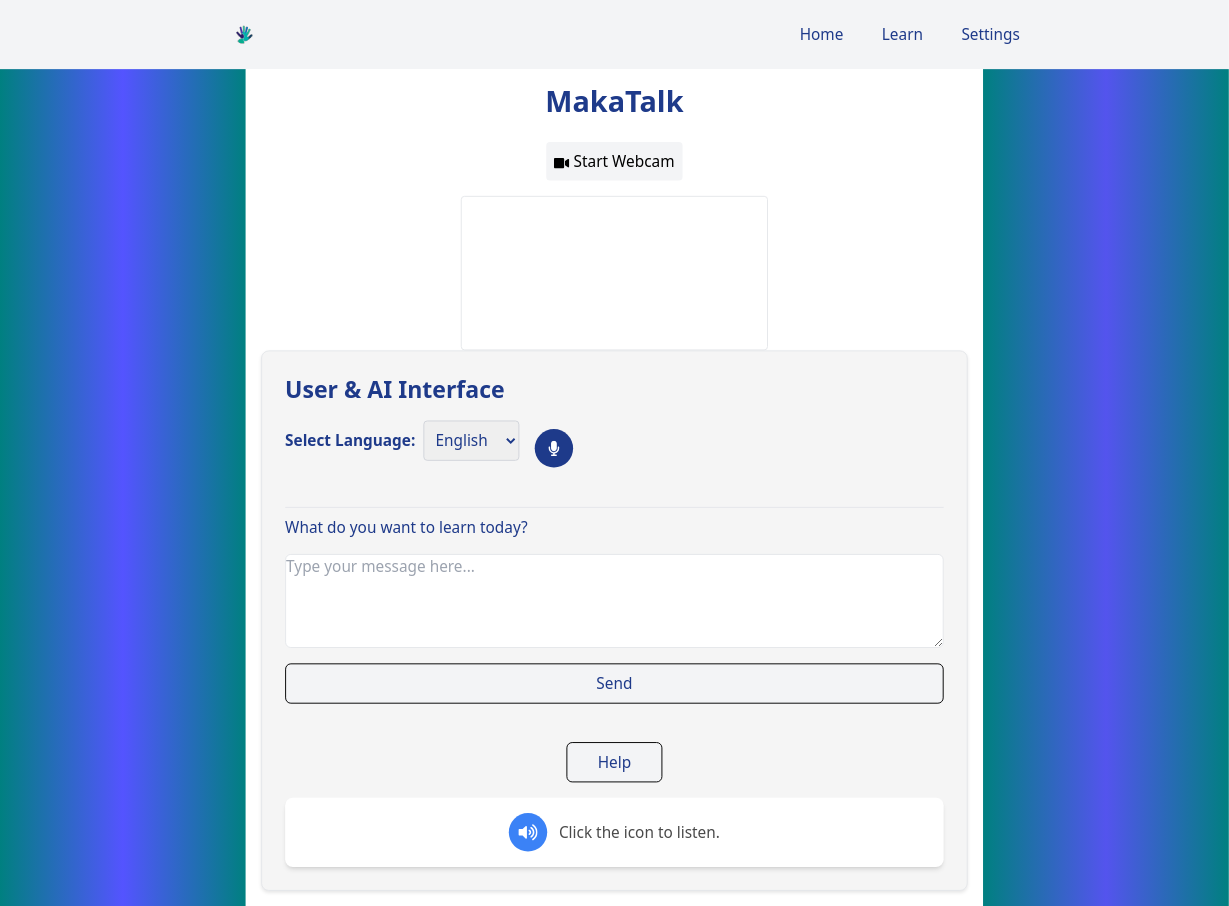
Repository: maria2469/MakaTalk
Page: /learn
The author's editor kept a copy of each file at every save. The page is drawn from the files as they stood at one save, then again after the next save.
The browser window is 1280 px wide. The pictures show the whole page, at 96% of full size.
The page's requests for data from a server got no answer. The project was rebuilt for these pictures with package versions that can differ from the ones it lists, and the page was loaded fresh each time. No one was signed in, and anything a server would have sent is missing. Also part of the build but not shown: vite.config.js, src/components/LandingPage/Landing.jsx.

Above is the page before, as saved 2024-10-10 14:50:55.

After the next save:
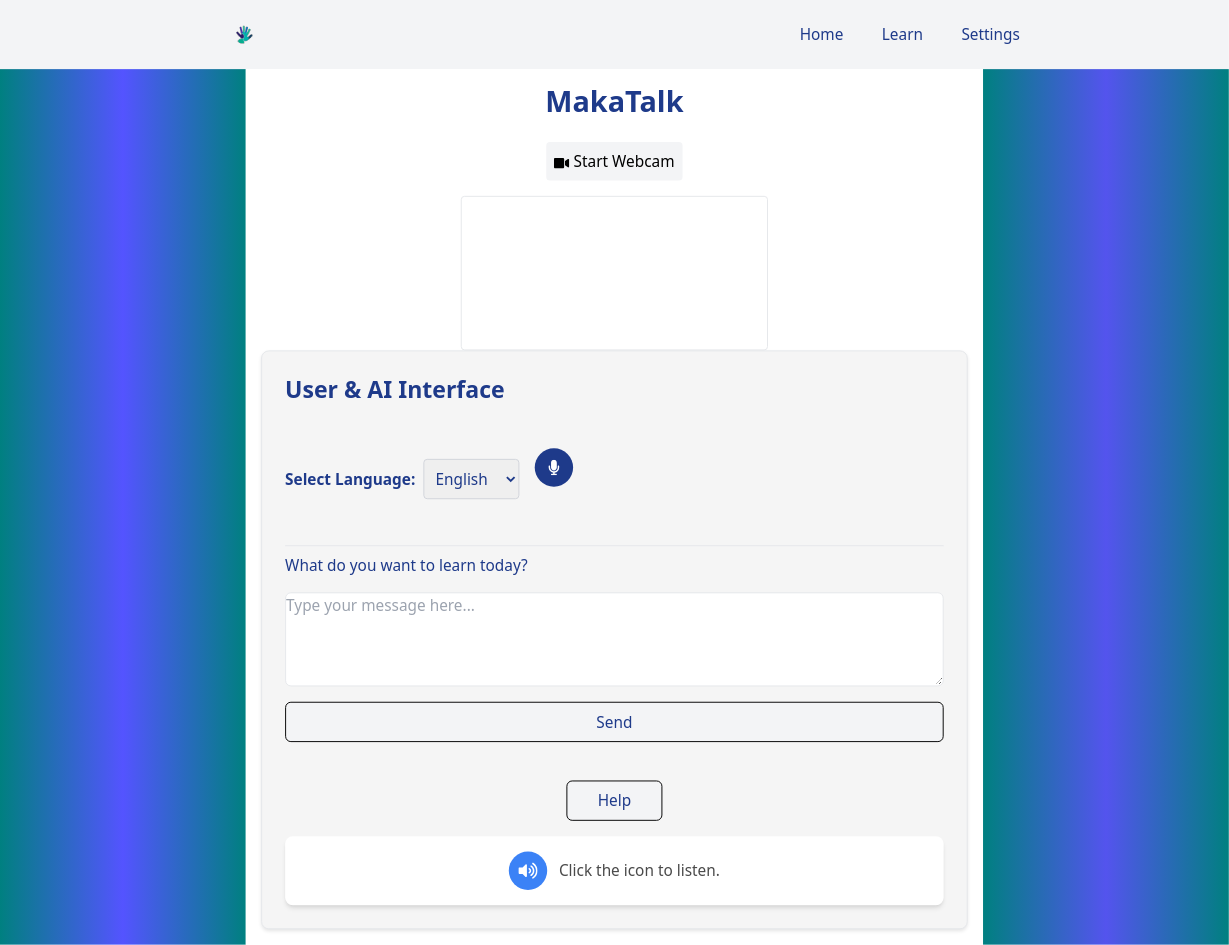
Saved 31 s later.
--- a/src/components/Languagedropdown/Language.jsx
+++ b/src/components/Languagedropdown/Language.jsx
@@ -14,7 +14,7 @@ const LanguageDropdown = ({ selectedLanguage, onLanguageChange, languages }) =>
   const availableLanguages = languages || defaultLanguages; // Use passed languages or default
 
   return (
-    <div className="language-dropdown mb-4">
+    <div className="language-dropdown mb-4 mt-10">
       <label htmlFor="languageSelect" className="font-bold mr-2">
         Select Language:
       </label>
